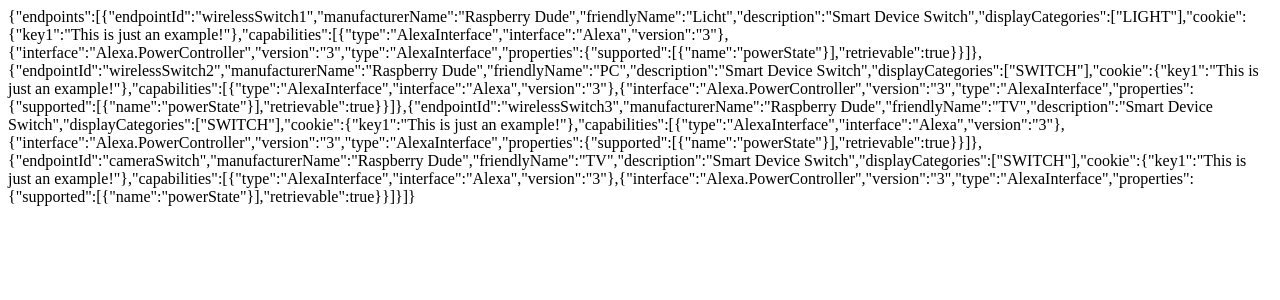
Repository: RobinWarth/Smart-Home-Solutions
Page: http://localhost/discovery
The author's editor kept a record of every edit. The page is drawn from the files as they stood at one moment, then again after the next edit.
The browser window is 1280 px wide. The pictures show the whole page.
The page is served by the project's Node server (Code/Node/app.js).

Above is the page before.

After the next edit:
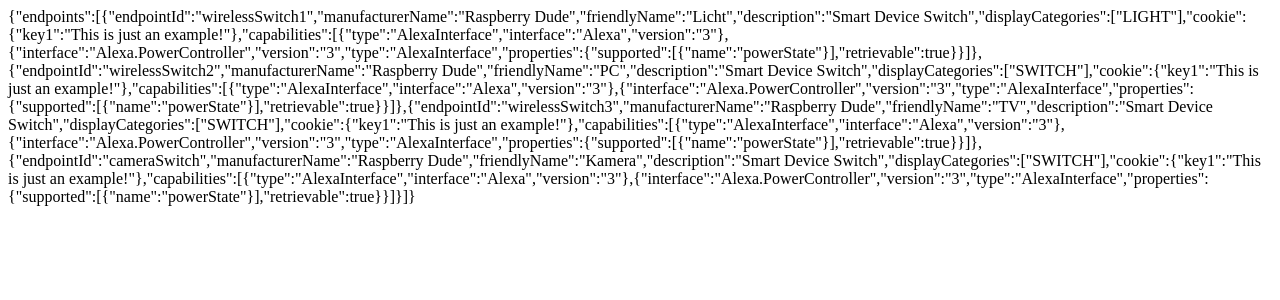
The edit:
--- a/Code/Node/model.js
+++ b/Code/Node/model.js
@@ -83,7 +83,7 @@
         {
             "endpointId": "cameraSwitch",
             "manufacturerName": "Raspberry Dude",
-            "friendlyName": "TV",
+            "friendlyName": "Kamera",
             "description": "Smart Device Switch",
             "displayCategories": ["SWITCH"],
             "cookie": {
